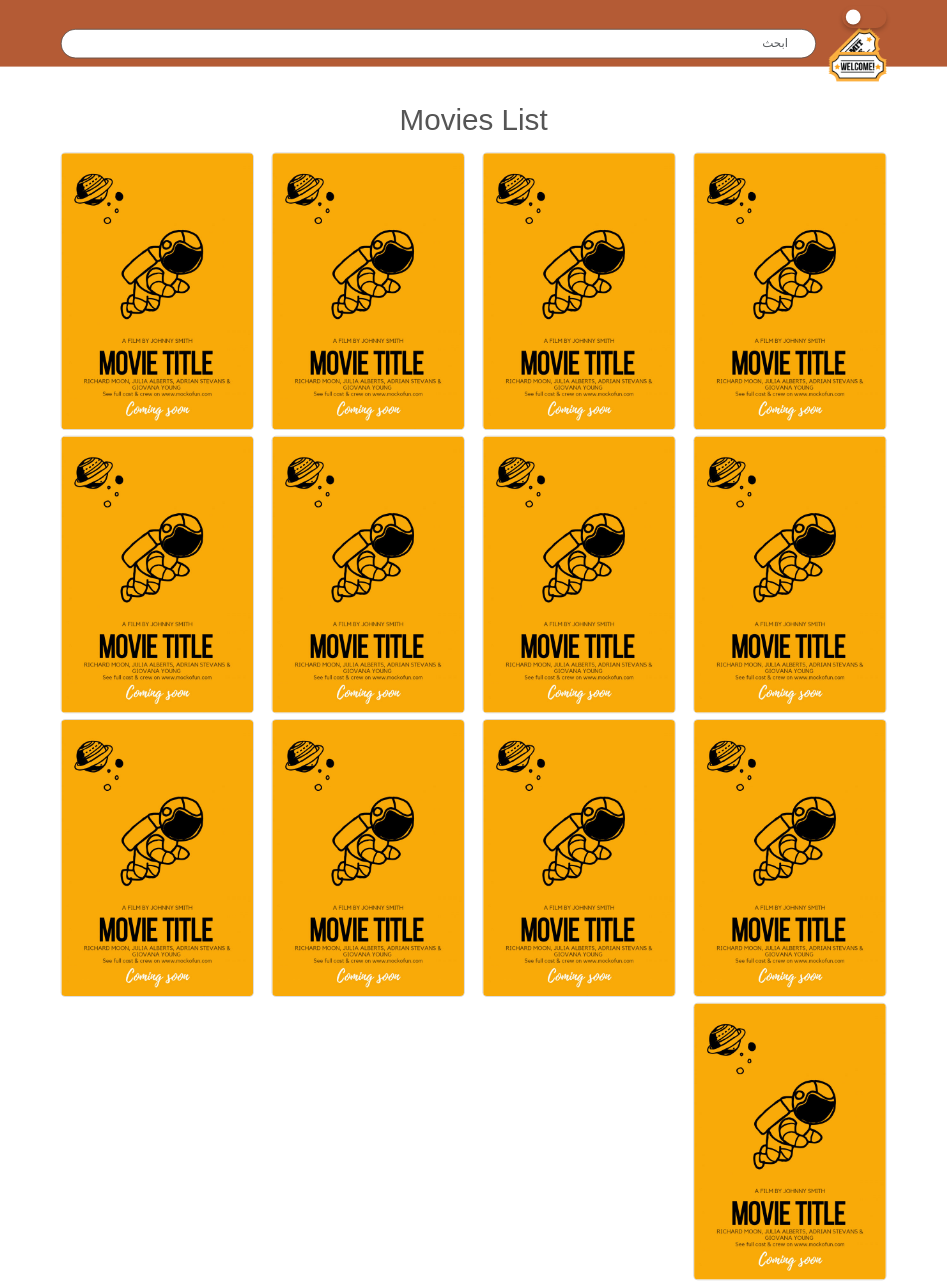
Repository: kerlos-alfy/Movie-List
Page: /
These files come from the project's save history. The page is drawn as it stood at one moment and after the next save; the edit follows.
The browser window is 1280 px wide. The pictures show the whole page, at 74% of full size.
The page's requests for data from a server got no answer. The project was rebuilt for these pictures with package versions that can differ from the ones it lists, and the page was loaded fresh each time. No one was signed in, and anything a server would have sent is missing. Also part of the build but not shown: vite.config.js, src/App.css.

Above is the page before, as saved 2025-01-16 01:22:05.

After the next save:
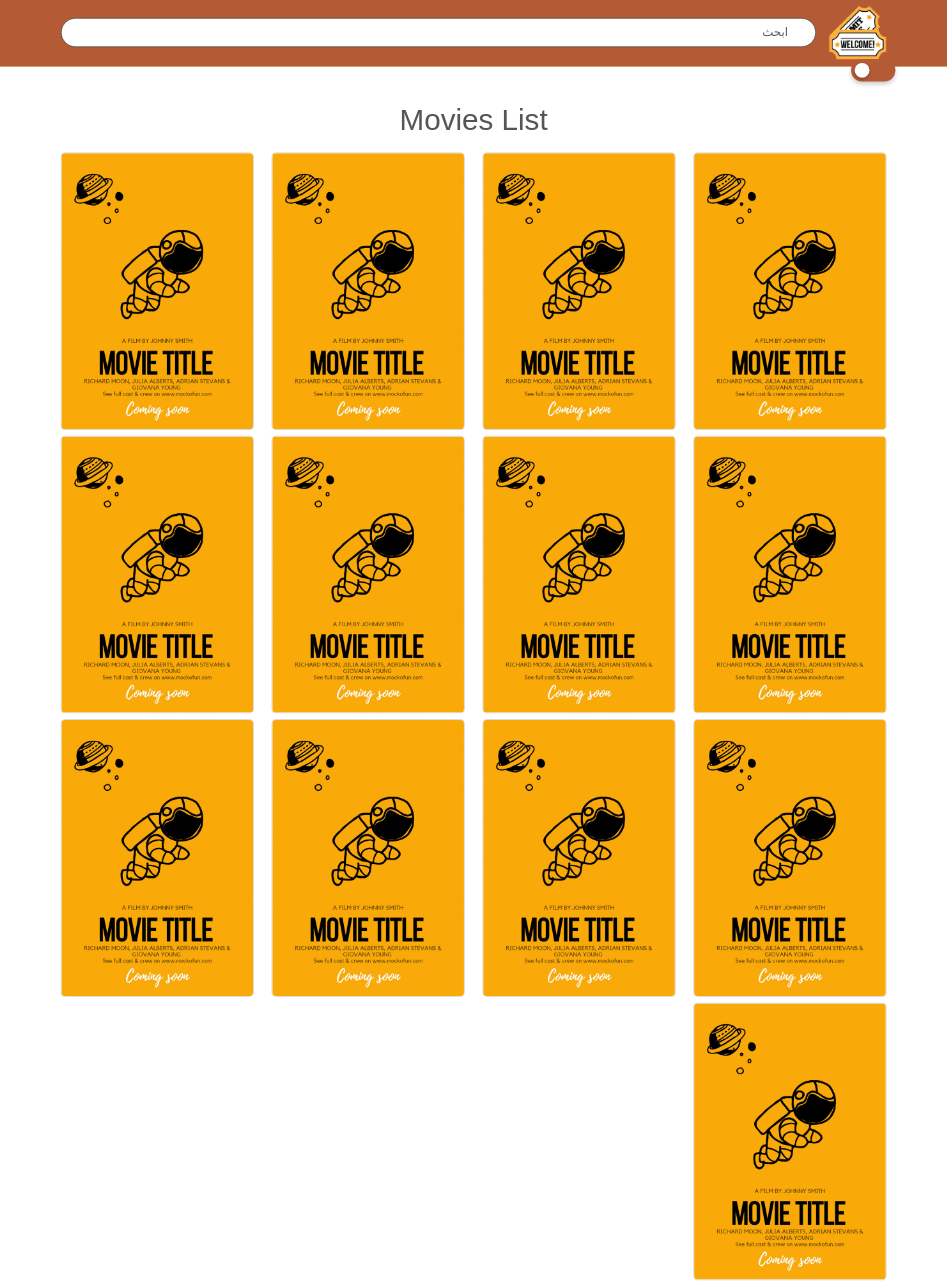
Saved 55 s later.
--- a/src/components/NavBar.jsx
+++ b/src/components/NavBar.jsx
@@ -6,7 +6,6 @@ function NavBar() {
 			<Container>
 				<Row className="pt-2 ">
 					<Col xs="2" lg="1">
-						<DarkModeToggle />
 						<a href="/">
 							<img className="logo" src="logo.png" alt="dfs" />
 						</a>
@@ -17,6 +16,7 @@ function NavBar() {
 							<input type="text" className="form-control" placeholder="ابحث" />
 						</div>
 					</Col>
+					<DarkModeToggle />
 				</Row>
 			</Container>
 		</div>
